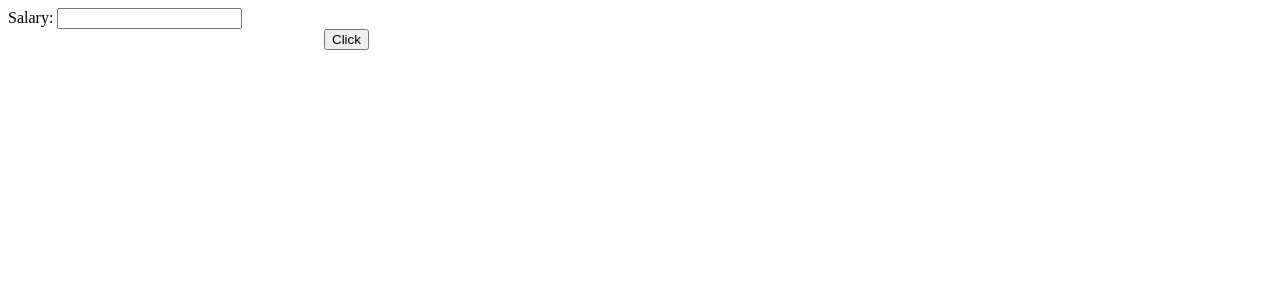
Repository: poobalan5397/corejava
Page: firstWebsite/src/main/webapp/Attributes.html
The author's editor kept a copy of each file at every save. The page is drawn from the files as they stood at one save, then again after the next save.
The browser window is 1280 px wide. The pictures show the whole page.

Above is the page before, as saved 2022-05-20 05:21:33.

### firstWebsite/src/main/webapp/Attributes.html
<!DOCTYPE html>
<html>
<head>
<meta charset="ISO-8859-1">
<title>Attributes</title>
</head>
<body>
<form action="/firstWebsite/AttributesDemo" method="post">
<div>
<div>
<label for='salary' >Salary:</label>
<input type=text name='salary' id='salary'/>
</div>
<div style="width:50%; margin:0 auto">
<input type="submit" value="Click">
</div>
</div>
</form>
</body>
</html>

After the next save:
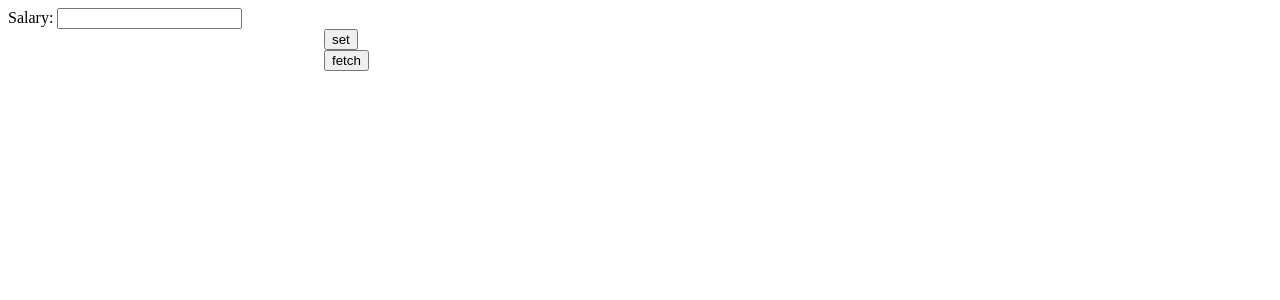
Saved 106 s later.
--- a/firstWebsite/src/main/webapp/Attributes.html
+++ b/firstWebsite/src/main/webapp/Attributes.html
@@ -12,7 +12,10 @@
 <input type=text name='salary' id='salary'/>
 </div>
 <div style="width:50%; margin:0 auto">
-<input type="submit" value="Click">
+<input type="submit" value="set">
+</div>
+<div style="width:50%; margin:0 auto">
+<input type="submit" value="fetch">
 </div>
 </div>
 </form>
